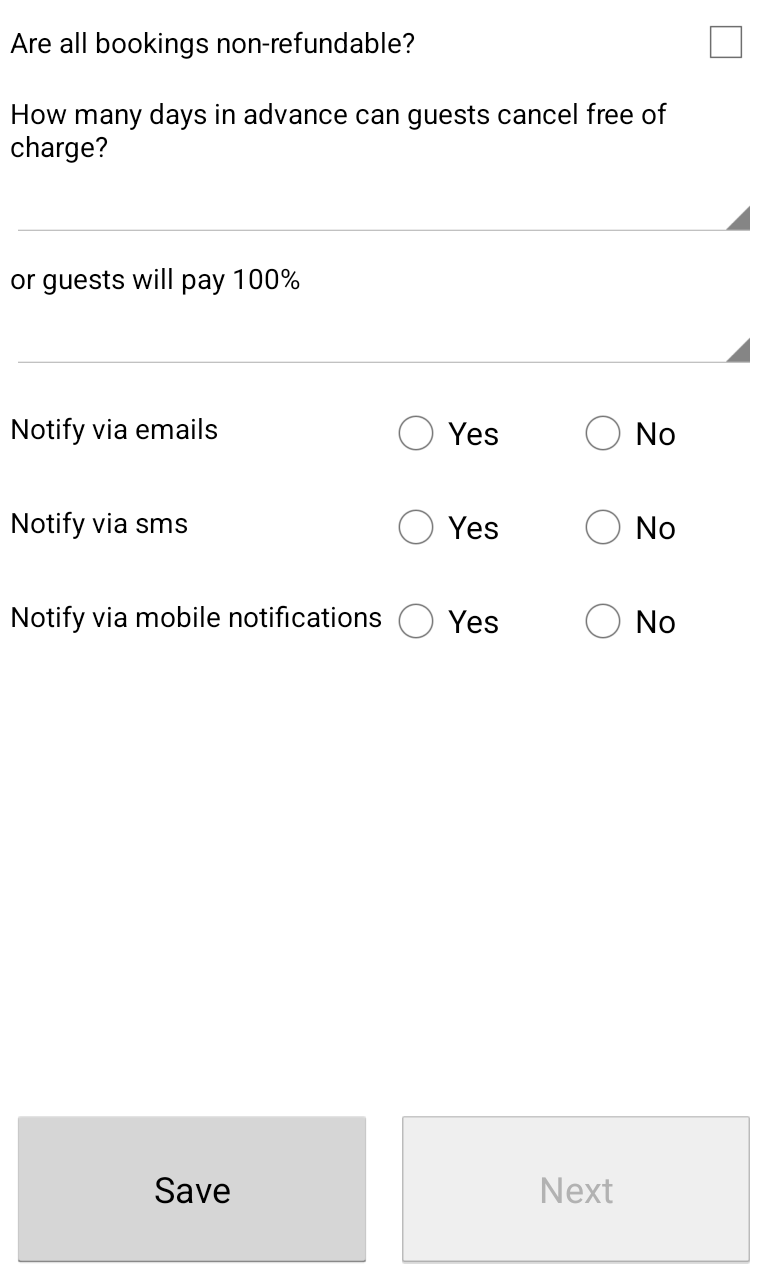
Repository: pankajk7/hotel_mockup
Layout: Hotel_MockUp/res/layout/cancellation_policy_layout.xml
These files come from the project's save history. The layout is drawn as it stood at one moment and after the next save; the edit follows.
It is drawn on a 768 x 1280 px phone screen (xhdpi) without system bars, with theme AppTheme; the app's code is not run.

Above is the layout before, as saved 2014-11-05 09:31:19.

After the next save:
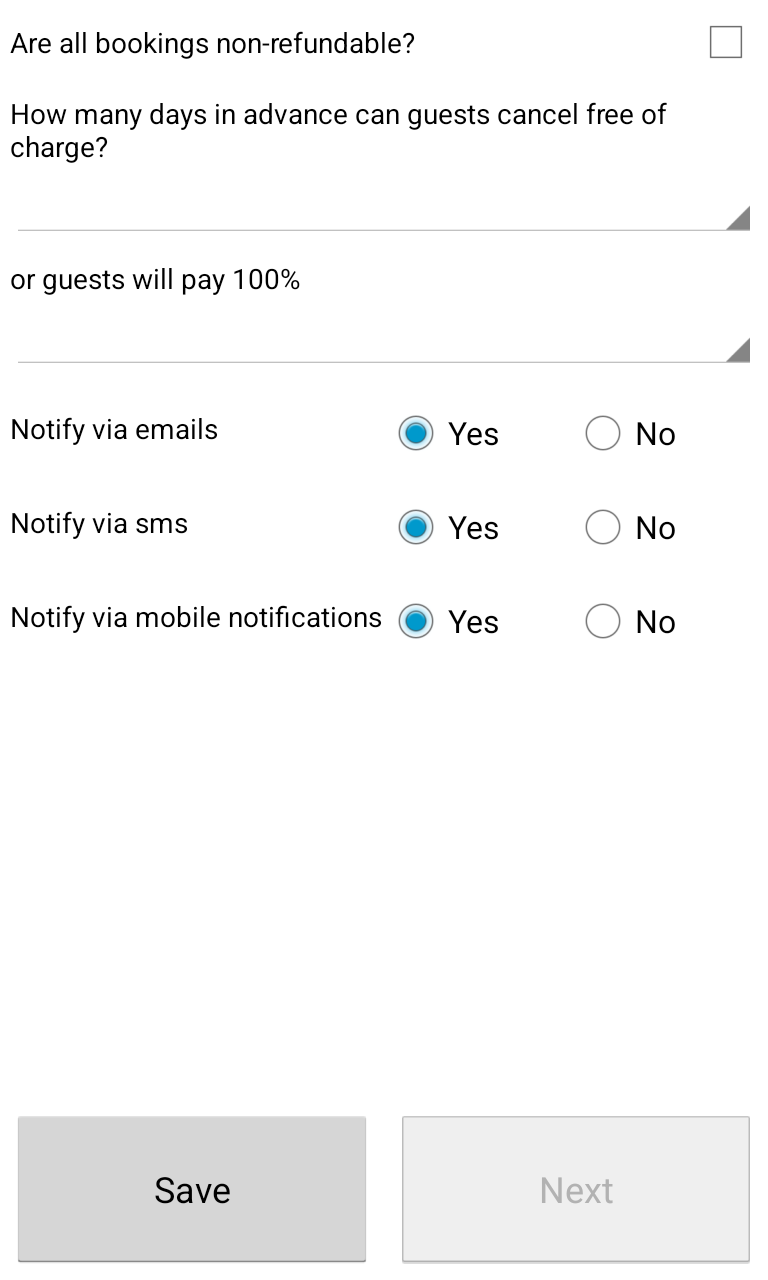
Saved 5 min 27 s later.
--- a/Hotel_MockUp/res/layout/cancellation_policy_layout.xml
+++ b/Hotel_MockUp/res/layout/cancellation_policy_layout.xml
@@ -115,7 +115,8 @@
                         android:layout_height="wrap_content"
                         android:layout_weight="1"
                         android:text="Yes"
-                        android:textColor="#000"/>
+                        android:textColor="#000"
+                        android:checked="true"/>
 
                     <RadioButton
                         android:id="@+id/radiobutton_cancellation_policy_emailNo"
@@ -157,7 +158,8 @@
                         android:layout_height="wrap_content"
                         android:layout_weight="1"
                         android:text="Yes"
-                        android:textColor="#000" />
+                        android:textColor="#000"
+                        android:checked="true" />
 
                     <RadioButton
                         android:id="@+id/radiobutton_cancellation_policy_smsNo"
@@ -199,7 +201,8 @@
                         android:layout_height="wrap_content"
                         android:layout_weight="1"
                         android:text="Yes"
-                        android:textColor="#000" />
+                        android:textColor="#000"
+                        android:checked="true"/>
 
                     <RadioButton
                         android:id="@+id/radiobutton_cancellation_policy_notificationNo"
